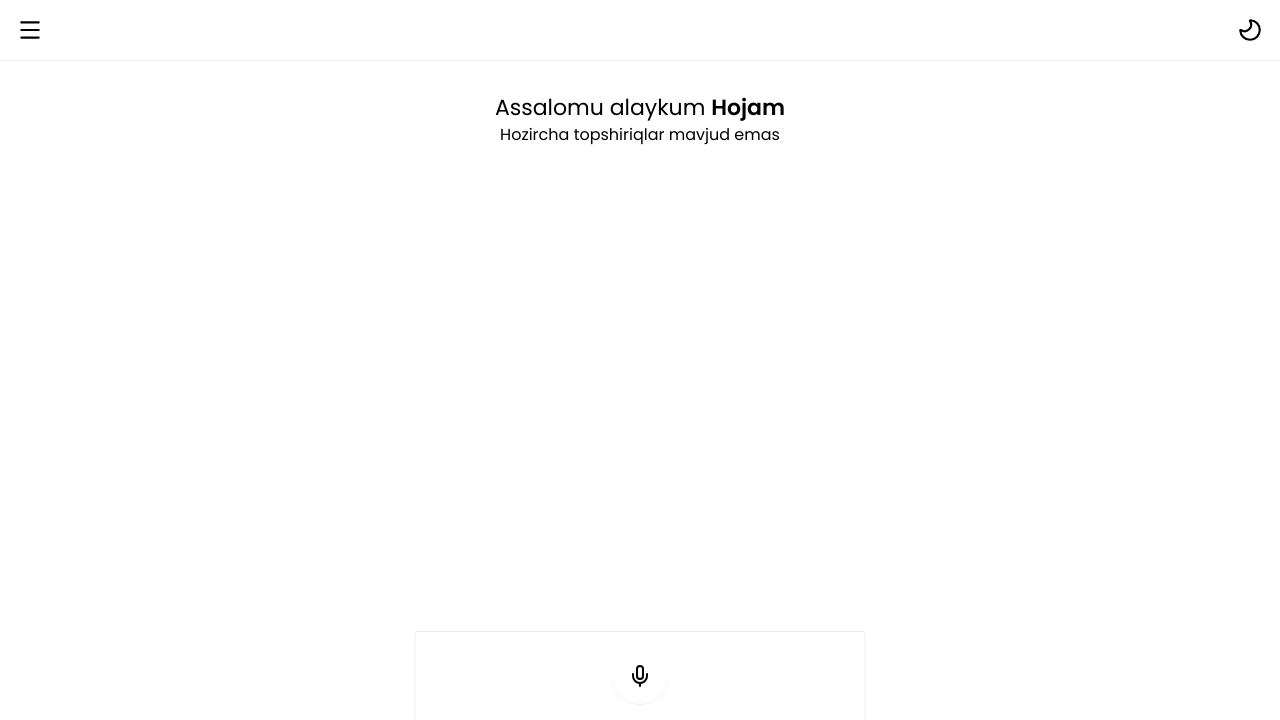
Repository: zaynobiddinovofficel-debug/KotibaAI
Page: / (app in web/)
The author's editor kept a copy of each file at every save. The page is drawn from the files as they stood at one save, then again after the next save.
The browser window is 1280 px wide. The pictures show the whole page.
Some web fonts or font styles are not loaded; a fallback is used. The project was rebuilt for these pictures with package versions that can differ from the ones it lists, and the page was loaded fresh each time. Also part of the build but not shown: web/vite.config.js.

Above is the page before, as saved 2026-03-25 21:22:35.

### web/index.html
<!doctype html>
<html lang="en">
  <head>
    <meta charset="UTF-8" />
    <link rel="icon" type="image/svg+xml" href="/vite.svg" />
    <meta name="viewport" content="width=device-width, initial-scale=1.0" />
    <title>web</title>
    <link rel="preconnect" href="https://fonts.googleapis.com">
    <link rel="preconnect" href="https://fonts.gstatic.com" crossorigin>
    <link href="https://fonts.googleapis.com/css2?family=Barlow+Semi+Condensed:ital,wght@0,100;0,200;0,300;0,400;0,500;0,600;0,700;0,800;0,900;1,100;1,200;1,300;1,400;1,500;1,600;1,700;1,800;1,900&family=Big+Shoulders:opsz,wght@10..72,100..900&family=Chewy&family=Inter:ital,opsz,wght@0,14..32,100..900;1,14..32,100..900&family=Lexend+Deca:wght@100..900&family=Poppins:ital,wght@0,100;0,200;0,300;0,400;0,500;0,600;0,700;0,800;0,900;1,100;1,200;1,300;1,400;1,500;1,600;1,700;1,800;1,900&family=Roboto+Condensed:ital,wght@0,100..900;1,100..900&display=swap" rel="stylesheet">
  </head>
  <body class="font-[Poppins]">
    <div id="root"></div>
    <script type="module" src="/src/main.jsx"></script>
  </body>
</html>

### web/src/App.jsx
import { Button } from "@/components/ui/button"
import { MenuIcon, MicIcon, MoonIcon, PauseIcon, PlayIcon, SendIcon, SunIcon, XIcon } from "lucide-react"
import React from "react"
export default function App() {
  const barCount = 24;
  const sttApiKey = import.meta.env.VITE_UZBEKVOICE_API_KEY;
  const geminiApiKey = import.meta.env.VITE_GEMINI_API_KEY;
  const [tasks,setTasks] = React.useState(JSON.parse(localStorage.getItem("tasks")));
  const [username,setUsername] = React.useState(localStorage.getItem("username"));
  const [isLight,setIsLight] = React.useState(localStorage.getItem("theme")=="light");
  const [isRecording, setIsRecording] = React.useState(false);
  const [isPaused, setIsPaused] = React.useState(false);
  const [audioUrl, setAudioUrl] = React.useState(null);
  const [isPreviewPlaying, setIsPreviewPlaying] = React.useState(false);
  const [isSubmitting, setIsSubmitting] = React.useState(false);
  const [transcript, setTranscript] = React.useState("");
  const [geminiReply, setGeminiReply] = React.useState("");
  const [submitError, setSubmitError] = React.useState("");
  const [audioLevels, setAudioLevels] = React.useState(Array.from({ length: barCount }, () => 10));
  const mediaRecorderRef = React.useRef(null);
  const streamRef = React.useRef(null);
  const chunksRef = React.useRef([]);
  const recordAudioContextRef = React.useRef(null);
  const recordAnalyserRef = React.useRef(null);
  const previewAudioContextRef = React.useRef(null);
  const previewAnalyserRef = React.useRef(null);
  const animationFrameRef = React.useRef(null);
  const audioPreviewRef = React.useRef(null);
  const previewSourceRef = React.useRef(null);

  const rebuildAudioUrl = React.useCallback(() => {
    if (chunksRef.current.length === 0) return;

    setAudioUrl((currentUrl) => {
      if (currentUrl) {
        URL.revokeObjectURL(currentUrl);
      }

      return URL.createObjectURL(new Blob(chunksRef.current, { type: "audio/webm" }));
    });
  }, []);

  const stopVisualizer = React.useCallback(() => {
    if (animationFrameRef.current) {
      cancelAnimationFrame(animationFrameRef.current);
      animationFrameRef.current = null;
    }
    setAudioLevels(Array.from({ length: barCount }, () => 10));
  }, [barCount]);

  const startVisualizer = React.useCallback((analyser) => {
    const dataArray = new Uint8Array(analyser.frequencyBinCount);

    const updateLevels = () => {
      analyser.getByteFrequencyData(dataArray);
      const step = Math.max(1, Math.floor(dataArray.length / barCount));
      const nextLevels = Array.from({ length: barCount }, (_, index) => {
        const value = dataArray[index * step] ?? 0;
        return Math.max(10, Math.round((value / 255) * 64));
      });

      setAudioLevels(nextLevels);
      animationFrameRef.current = requestAnimationFrame(updateLevels);
    };

    updateLevels();
  }, [barCount]);

  const stopStream = React.useCallback(() => {
    if (streamRef.current) {
      streamRef.current.getTracks().forEach((track) => track.stop());
      streamRef.current = null;
    }
  }, []);

  const resetRecorder = React.useCallback(() => {
    if (audioPreviewRef.current) {
      audioPreviewRef.current.pause();
      audioPreviewRef.current.currentTime = 0;
    }

    setIsRecording(false);
    setIsPaused(false);
    setIsPreviewPlaying(false);
    stopVisualizer();

    if (previewAudioContextRef.current) {
      previewAudioContextRef.current.close();
      previewAudioContextRef.current = null;
    }
    if (recordAudioContextRef.current) {
      recordAudioContextRef.current.close();
      recordAudioContextRef.current = null;
    }

    previewAnalyserRef.current = null;
    recordAnalyserRef.current = null;
    previewSourceRef.current = null;
    mediaRecorderRef.current = null;
    chunksRef.current = [];

    setAudioUrl((currentUrl) => {
      if (currentUrl) {
        URL.revokeObjectURL(currentUrl);
      }

      return null;
    });
    stopStream();
  }, [stopStream, stopVisualizer]);

  const startRecording = React.useCallback(async () => {
    const stream = await navigator.mediaDevices.getUserMedia({ audio: true });
    const mediaRecorder = new MediaRecorder(stream);
    const audioContext = new window.AudioContext();
    const analyser = audioContext.createAnalyser();
    const source = audioContext.createMediaStreamSource(stream);

    chunksRef.current = [];
    streamRef.current = stream;
    mediaRecorderRef.current = mediaRecorder;
    recordAudioContextRef.current = audioContext;
    recordAnalyserRef.current = analyser;
    setAudioUrl((currentUrl) => {
      if (currentUrl) {
        URL.revokeObjectURL(currentUrl);
      }

      return null;
    });
    setIsPreviewPlaying(false);

    analyser.fftSize = 64;
    analyser.smoothingTimeConstant = 0.85;
    source.connect(analyser);

    mediaRecorder.ondataavailable = (event) => {
      if (event.data.size > 0) {
        chunksRef.current.push(event.data);
        rebuildAudioUrl();
      }
    };

    mediaRecorder.onstop = () => {
      resetRecorder();
    };

    mediaRecorder.start();
    startVisualizer(recordAnalyserRef.current);
    setIsRecording(true);
    setIsPaused(false);
  }, [rebuildAudioUrl, resetRecorder, startVisualizer]);

  const stopRecording = React.useCallback(() => {
    if (mediaRecorderRef.current && mediaRecorderRef.current.state !== "inactive") {
      mediaRecorderRef.current.stop();
      return;
    }

    resetRecorder();
  }, [resetRecorder]);

  const togglePause = React.useCallback(() => {
    if (!mediaRecorderRef.current) return;

    if (mediaRecorderRef.current.state === "recording") {
      mediaRecorderRef.current.pause();
      mediaRecorderRef.current.requestData();
      if (animationFrameRef.current) {
        cancelAnimationFrame(animationFrameRef.current);
        animationFrameRef.current = null;
      }
      setAudioLevels(Array.from({ length: barCount }, () => 10));
      setIsPaused(true);
      return;
    }

    if (mediaRecorderRef.current.state === "paused") {
      mediaRecorderRef.current.resume();
      if (recordAnalyserRef.current) {
        startVisualizer(recordAnalyserRef.current);
      }
      setIsPaused(false);
    }
  }, [barCount, startVisualizer]);

  const togglePreviewPlayback = React.useCallback(() => {
    if (!audioPreviewRef.current || !audioUrl) return;

    if (isPreviewPlaying) {
      audioPreviewRef.current.pause();
      audioPreviewRef.current.currentTime = 0;
      setIsPreviewPlaying(false);
      stopVisualizer();
      return;
    }

    if (!previewAudioContextRef.current) {
      const audioContext = new window.AudioContext();
      const analyser = audioContext.createAnalyser();
      const source = audioContext.createMediaElementSource(audioPreviewRef.current);

      analyser.fftSize = 64;
      analyser.smoothingTimeConstant = 0.85;
      source.connect(analyser);
      analyser.connect(audioContext.destination);

      previewAudioContextRef.current = audioContext;
      previewAnalyserRef.current = analyser;
      previewSourceRef.current = source;
    }

    if (previewAudioContextRef.current.state === "suspended") {
      previewAudioContextRef.current.resume();
    }
    if (previewAnalyserRef.current) {
      startVisualizer(previewAnalyserRef.current);
    }
    audioPreviewRef.current.play();
    setIsPreviewPlaying(true);
  }, [audioUrl, isPreviewPlaying, startVisualizer, stopVisualizer]);

  const sendRecording = React.useCallback(async () => {
    if (!sttApiKey) {
      setSubmitError("VITE_UZBEKVOICE_API_KEY envga qo'yilmagan");
      return;
    }

    if (chunksRef.current.length === 0) {
      setSubmitError("Yuborish uchun audio topilmadi");
      return;
    }

    try {
      setIsSubmitting(true);
      setSubmitError("");
      setTranscript("");
      setGeminiReply("");

      if (audioPreviewRef.current) {
        audioPreviewRef.current.pause();
        audioPreviewRef.current.currentTime = 0;
      }

      const formData = new FormData();
      const audioFile = new File([new Blob(chunksRef.current, { type: "audio/webm" })], "recording.webm", {
        type: "audio/webm",
      });

      formData.append("file", audioFile);
      formData.append("return_offsets", "false");
      formData.append("run_diarization", "false");
      formData.append("language", "uz");
      formData.append("blocking", "true");

      const response = await fetch("https://uzbekvoice.ai/api/v1/stt", {
        method: "POST",
        headers: {
          Authorization: sttApiKey,
        },
        body: formData,
      });

      const data = await response.json();

      if (!response.ok) {
        throw new Error(data?.message || data?.detail || "STT so'rovida xatolik");
      }

      const recognizedText = data?.result?.text || "";
      setTranscript(recognizedText);

      if (!geminiApiKey) {
        throw new Error("VITE_GEMINI_API_KEY envga qo'yilmagan");
      }

      const geminiResponse = await fetch(
        `https://generativelanguage.googleapis.com/v1beta/models/gemini-2.0-flash:generateContent?key=${geminiApiKey}`,
        {
          method: "POST",
          headers: {
            "Content-Type": "application/json",
          },
          body: JSON.stringify({
            contents: [
              {
                parts: [
                  {
                    text: `Siz Uzbek tilida ishlaydigan yordamchisiz. Foydalanuvchi nutqidan olingan matnni tahlil qiling, uning niyati va so'rovini qisqa aniqlang, keyin foydalanuvchiga foydali, aniq va qisqa javob yozing. Javobni faqat oddiy matn ko'rinishida qaytaring.\n\nNutq matni:\n${recognizedText}`,
                  },
                ],
              },
            ],
          }),
        }
      );

      const geminiData = await geminiResponse.json();

      if (!geminiResponse.ok) {
        throw new Error(
          geminiData?.error?.message || "Gemini so'rovida xatolik"
        );
      }

      const geminiText =
        geminiData?.candidates?.[0]?.content?.parts?.map((part) => part.text).join("") || "";

      setGeminiReply(geminiText);
      resetRecorder();
    } catch (error) {
      setSubmitError(error.message || "Audio yuborishda xatolik");
    } finally {
      setIsSubmitting(false);
    }
  }, [resetRecorder, sttApiKey]);

  React.useEffect(() => {
    return () => {
      if (mediaRecorderRef.current && mediaRecorderRef.current.state !== "inactive") {
        mediaRecorderRef.current.stop();
      }
      if (audioPreviewRef.current) {
        audioPreviewRef.current.pause();
      }
      if (previewAudioContextRef.current) {
        previewAudioContextRef.current.close();
        previewAudioContextRef.current = null;
      }
      if (recordAudioContextRef.current) {
        recordAudioContextRef.current.close();
        recordAudioContextRef.current = null;
      }
      previewAnalyserRef.current = null;
      recordAnalyserRef.current = null;
      resetRecorder();
    };
  }, [resetRecorder]);

  return (
    <div className="min-h-screen w-full flex flex-col items-center">
    <div className="px-3 py-3 max-w-[1280px] w-full border-b border-b-[#eee] flex justify-between">
      <Button className={`w-[36px]`} variant={'ghost'}>
        <MenuIcon className="size-6.5" />
      </Button>
      <Button className={`w-[36px]`} variant={'ghost'}>
        {isLight?<SunIcon className="size-6.5" />:<MoonIcon className="size-6.5 rotate-270" />}
      </Button>
    </div>
    {(tasks==null||tasks.length==0)&&
    <div className="px-3 py-3 max-w-[1280px] w-full flex flex-col items-center my-6 text-center gap-2">
    <span className="text-[22px] leading-none">Assalomu alaykum <b className="font-[550]">
      {username==null?"Hojam":username}
    </b></span>
    <span className="leading-none">Hozircha topshiriqlar mavjud emas</span>
    </div>}
    {transcript&&<div className="px-3 py-3 max-w-[1280px] w-full">
      <div className="text-sm">{transcript}</div>
    </div>}
    {geminiReply&&<div className="px-3 py-3 max-w-[1280px] w-full">
      <div className="text-sm">{geminiReply}</div>
    </div>}
    {submitError&&<div className="px-3 py-2 max-w-[1280px] w-full text-sm text-red-600">{submitError}</div>}
    <div className="px-3 max-w-[1280px] w-full flex justify-center mt-auto">
      <div className="flex w-full max-w-md flex-col items-center gap-4 border-t border-[#eee] bg-background/90 px-4 py-4 shadow-sm backdrop-blur-sm">
        {isRecording&&<div className="flex h-20 w-full items-end justify-center gap-1">
          {audioLevels.map((level, index) => (
            <div
              key={index}
              className={`w-2 rounded-full bg-primary/80 transition-all duration-75 ${isPaused ? "opacity-40" : ""}`}
              style={{ height: `${level}px` }}
            />
          ))}
        </div>}
        {audioUrl&&<audio
          ref={audioPreviewRef}
          src={audioUrl}
          onEnded={() => {
            setIsPreviewPlaying(false);
            stopVisualizer();
            setAudioLevels(Array.from({ length: barCount }, () => 10));
          }}
          className="hidden"
        />}
      <div className="flex items-center gap-3" >
        {isRecording&&<Button variant="outline" size="icon" aria-label="Cancel" onClick={stopRecording}>
          <XIcon className="size-5" />
        </Button>}
        <Button
          size="icon"
          className="size-14 rounded-full"
          aria-label={isPaused ? "Play chunk" : "Mic"}
          onClick={isRecording ? (isPaused ? togglePreviewPlayback : stopRecording) : startRecording}
          disabled={isSubmitting}
        >
          {isPaused ? <PlayIcon className="size-6 fill-current" /> : <MicIcon className="size-6" />}
        </Button>
        {isRecording&&<Button
          variant="secondary"
          size="icon"
          aria-label={isPaused ? "Send" : "Pause"}
          onClick={isPaused ? sendRecording : togglePause}
          disabled={isSubmitting}
        >
          {isPaused ? <SendIcon className="size-5" /> : <PauseIcon className="size-5 fill-current" />}
        </Button>}
      </div>
      </div>
    </div>
    </div>
  )
}

### web/src/components/ui/button.jsx
import * as React from "react"
import { Slot } from "@radix-ui/react-slot"
import { cva } from "class-variance-authority"

import { cn } from "@/lib/utils"

const buttonVariants = cva(
  "inline-flex items-center justify-center gap-2 whitespace-nowrap rounded-md text-sm font-medium transition-[color,box-shadow,transform] !duration-0 disabled:pointer-events-none disabled:opacity-50 [&_svg]:pointer-events-none [&_svg:not([class*='size-'])]:size-4 shrink-0 [&_svg]:shrink-0 outline-none focus-visible:border-ring focus-visible:ring-ring/50 focus-visible:ring-[3px] aria-invalid:ring-destructive/20 dark:aria-invalid:ring-destructive/40 aria-invalid:border-destructive active:scale-[0.98]",
  {
    variants: {
      variant: {
        default:
          "bg-primary text-primary-foreground shadow-xs hover:bg-primary/90",
        destructive:
          "bg-destructive text-white shadow-xs hover:bg-destructive/90 focus-visible:ring-destructive/20",
        outline:
          "border bg-background shadow-xs hover:bg-accent hover:text-accent-foreground",
        secondary:
          "bg-secondary text-secondary-foreground shadow-xs hover:bg-secondary/80",
        ghost: "hover:bg-accent hover:text-accent-foreground",
        link: "text-primary underline-offset-4 hover:underline",
      },
      size: {
        default: "h-9 px-4 py-2",
        sm: "h-8 rounded-md gap-1.5 px-3",
        lg: "h-10 rounded-md px-6",
        icon: "size-9",
      },
    },
    defaultVariants: {
      variant: "default",
      size: "default",
    },
  }
)

function Button({ className, variant, size, asChild = false, ...props }) {
  const Comp = asChild ? Slot : "button"

  return (
    <Comp
      data-slot="button"
      className={cn(buttonVariants({ variant, size, className }))}
      {...props}
    />
  )
}

export { Button, buttonVariants }

Loaded but not shown: web/src/main.jsx (common file); web/src/index.css (common file); web/src/lib/utils.js (common file)

After the next save:
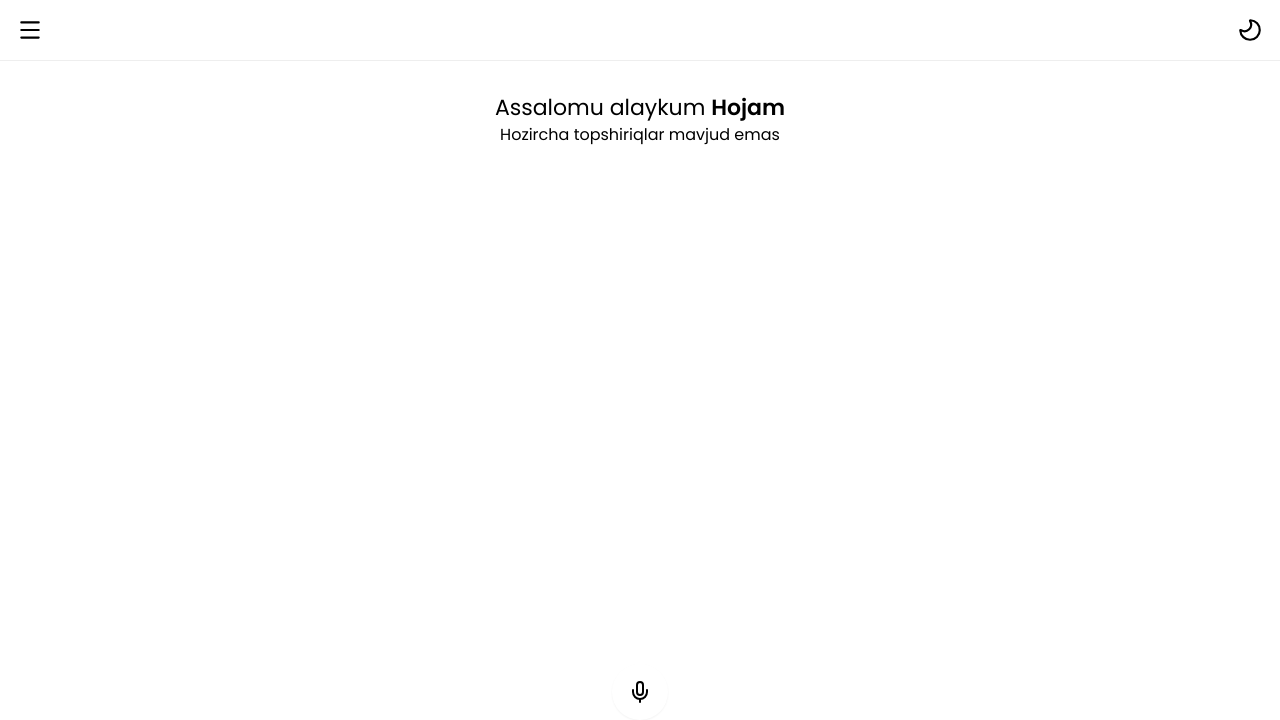
Saved 27 s later.
--- a/web/src/App.jsx
+++ b/web/src/App.jsx
@@ -362,7 +362,7 @@ export default function App() {
     </div>}
     {submitError&&<div className="px-3 py-2 max-w-[1280px] w-full text-sm text-red-600">{submitError}</div>}
     <div className="px-3 max-w-[1280px] w-full flex justify-center mt-auto">
-      <div className="flex w-full max-w-md flex-col items-center gap-4 border-t border-[#eee] bg-background/90 px-4 py-4 shadow-sm backdrop-blur-sm">
+      <div className="flex w-full max-w-md flex-col items-center gap-4 ">
         {isRecording&&<div className="flex h-20 w-full items-end justify-center gap-1">
           {audioLevels.map((level, index) => (
             <div
